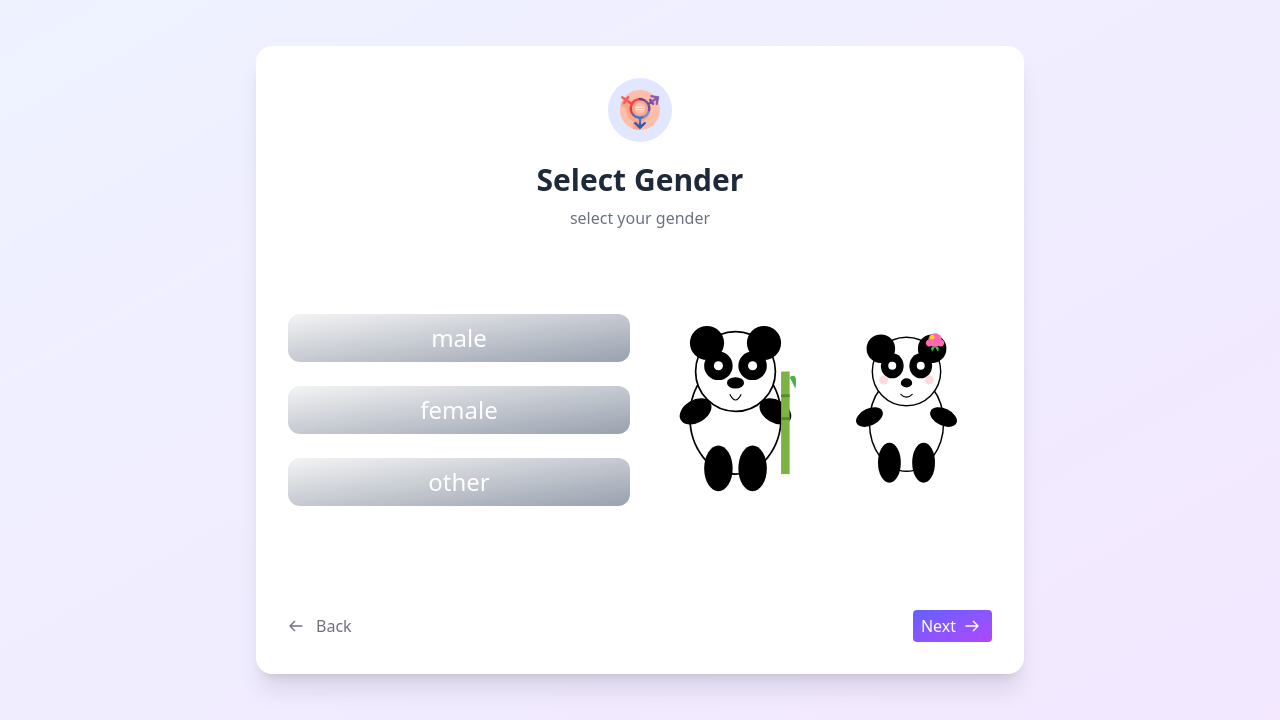
Repository: aryan151pratap/FitPanda
Page: / (app in frontened/)
The author's editor kept a copy of each file at every save. The page is drawn from the files as they stood at one save, then again after the next save.
The browser window is 1280 px wide. The pictures show the whole page.
The project was rebuilt for these pictures with package versions that can differ from the ones it lists, and the page was loaded fresh each time. Also part of the build but not shown: frontened/vite.config.js, frontened/src/App.css, frontened/src/components/page_1.jsx, frontened/src/login/login.jsx, frontened/src/login/sign_up.jsx, frontened/src/login/otp.jsx, frontened/src/notification/notify.jsx.

Above is the page before, as saved 2025-06-04 23:28:42.

### frontened/src/App.jsx
import { useState } from 'react'
import './App.css'
import Page_1 from './components/page_1';
import Sign_up from './login/sign_up';
import Otp from './login/otp';
import Notify from './notification/notify';
import Gender from './about_user/gender';

function App() {
	const [otp, setOtp] = useState(true);

  const [data, setData] = useState({});
  const [login, setLogin] = useState(true);

  const [notification, setNotification] = useState('');


  return (
    <>
    <div className=''>
      {!login ?
        <div>
        {otp ?
        <Sign_up setOtp={setOtp} setEmail={setData} setNotification={setNotification}/>
        :
        <Otp setOtp={setOtp} data={data} setNotification={setNotification}/>
        }
        </div>
        :
        <div>
          {/* <Page_1/> */}
          <Gender/>
        </div>
      }

      <div>
        {notification.length > 0 &&
          <Notify notification={notification} setNotification={setNotification}/>
        }
      </div>
    </div>
    </>
  )
}

export default App

### frontened/src/about_user/gender.jsx
import { useState } from "react";
import gender_img from '../image/gender.png';

function Gender(){
	const [gender, setGender] = useState('');
	const gen = ['male', 'female', 'other'];

	return(
		<>
		<div className="min-h-screen bg-gradient-to-br from-indigo-50 to-purple-100 flex items-center justify-center p-4">
			<div className="w-full sm:max-w-xl md:max-w-3xl">
				<div className="bg-white rounded-2xl shadow-xl overflow-hidden p-8">
					<div className="text-center">
						<div className="mx-auto flex items-center justify-center w-16 h-16 bg-indigo-100 rounded-full mb-5">
						{gender === "male" ?
							<svg xmlns="http://www.w3.org/2000/svg" className="h-8 w-8 text-blue-600" fill="none" viewBox="0 0 24 24" stroke="currentColor">
								<path strokeLinecap="round" strokeLinejoin="round" strokeWidth={2} d="M13 7h4a1 1 0 011 1v4m-7 7a5 5 0 100-10 5 5 0 000 10zm6-10l-5 5" />
							</svg>
							: gender === 'female' ?
							<svg xmlns="http://www.w3.org/2000/svg" className="h-8 w-8 text-pink-600" fill="none" viewBox="0 0 24 24" stroke="currentColor">
								<path strokeLinecap="round" strokeLinejoin="round" strokeWidth={2} d="M12 14v7m0 0h3m-3 0H9m3-7a5 5 0 100-10 5 5 0 000 10z" />
							</svg>
							: gender === 'other' ?
							<svg xmlns="http://www.w3.org/2000/svg" className="h-8 w-8 text-purple-600" fill="none" viewBox="0 0 24 24" stroke="currentColor">
								<path strokeLinecap="round" strokeLinejoin="round" strokeWidth={2} d="M12 3v3m0 0a5 5 0 110 10m0-10a5 5 0 100 10m0 0v4m-3 0h6" />
							</svg>
							:
							<div>
								<img src={gender_img} alt="" className="h-10 w-10"/>
							</div>
						}
						</div>
						<h2 className="text-3xl font-bold text-gray-800">Select Gender</h2>
						<p className="text-gray-500 mt-2">
							select your gender
							<span className="block font-medium text-indigo-600"></span>
						</p>
					</div>

					<div className="flex grid grid-cols-2 gap-5 justify-between py-5 items-center">
						<div className="w-fill flex flex-col gap-6 mt-5">
						{gen.map((i, index) => (
							<div key={index}>
								<button className="w-full p-2 text-white text-2xl rounded-xl bg-gradient-to-br from-zinc-100 to-gray-400 cursor-pointer transition hover:px-4">
									{i}
								</button>
							</div>
						))}
						</div>
						<div className="w-full flex items-center justify-center">
							<svg width="300" height="300" viewBox="0 0 300 300" xmlns="http://www.w3.org/2000/svg">
						<ellipse cx="150" cy="180" rx="80" ry="100" fill="white" stroke="black" stroke-width="3"/>

						<circle cx="150" cy="100" r="70" fill="white" stroke="black" stroke-width="3"/>

						<circle cx="100" cy="50" r="30" fill="black"/>
						<circle cx="200" cy="50" r="30" fill="black"/>

						<circle cx="120" cy="90" r="25" fill="black"/>
						<circle cx="180" cy="90" r="25" fill="black"/>

						<circle cx="120" cy="90" r="8" fill="white"/>
						<circle cx="180" cy="90" r="8" fill="white"/>

						<ellipse cx="150" cy="120" rx="15" ry="10" fill="black"/>

						<path d="M140 140 Q150 160 160 140" stroke="black" stroke-width="2" fill="none"/>

						<ellipse cx="80" cy="170" rx="30" ry="20" fill="black" transform="rotate(-30 80 170)"/>
						<ellipse cx="220" cy="170" rx="30" ry="20" fill="black" transform="rotate(30 220 170)"/>

						<ellipse cx="120" cy="270" rx="25" ry="40" fill="black"/>
						<ellipse cx="180" cy="270" rx="25" ry="40" fill="black"/>

						<rect x="230" y="100" width="15" height="180" fill="#7CB342"/>
						<rect x="230" y="140" width="15" height="5" fill="#558B2F"/>
						<rect x="230" y="180" width="15" height="5" fill="#558B2F"/>
						<path d="M245 110 Q260 100 255 130" fill="#4CAF50"/>
						</svg>

						<svg width="300" height="300" viewBox="0 0 300 300" xmlns="http://www.w3.org/2000/svg">
						<ellipse cx="150" cy="190" rx="65" ry="85" fill="white" stroke="black" stroke-width="2.5"/>

						<circle cx="150" cy="100" r="60" fill="white" stroke="black" stroke-width="2.5"/>

						<circle cx="105" cy="60" r="25" fill="black"/>
						<circle cx="195" cy="60" r="25" fill="black"/>

						<ellipse cx="125" cy="90" rx="20" ry="22" fill="black"/>
						<ellipse cx="175" cy="90" rx="20" ry="22" fill="black"/>

						<circle cx="125" cy="90" r="7" fill="white"/>
						<circle cx="175" cy="90" r="7" fill="white"/>

						<path d="M110 80 Q115 75 120 78" stroke="black" stroke-width="1.5" fill="none"/>
						<path d="M120 78 Q125 73 130 80" stroke="black" stroke-width="1.5" fill="none"/>
						<path d="M165 80 Q170 75 175 78" stroke="black" stroke-width="1.5" fill="none"/>
						<path d="M175 78 Q180 73 185 80" stroke="black" stroke-width="1.5" fill="none"/>

						<ellipse cx="150" cy="120" rx="10" ry="8" fill="black"/>

						<path d="M140 140 Q150 150 160 140" stroke="black" stroke-width="2" fill="none" stroke-linecap="round"/>

						<circle cx="110" cy="115" r="8" fill="#FFC0CB" opacity="0.6"/>
						<circle cx="190" cy="115" r="8" fill="#FFC0CB" opacity="0.6"/>

						<ellipse cx="85" cy="180" rx="25" ry="15" fill="black" transform="rotate(-25 85 180)"/>
						<ellipse cx="215" cy="180" rx="25" ry="15" fill="black" transform="rotate(25 215 180)"/>

						<ellipse cx="120" cy="260" rx="20" ry="35" fill="black"/>
						<ellipse cx="180" cy="260" rx="20" ry="35" fill="black"/>

						<circle cx="200" cy="45" r="12" fill="#FF69B4"/>
						<circle cx="195" cy="40" r="4" fill="#FFD700"/>
						<path d="M200 57 Q210 55 205 65" fill="#32CD32" stroke="#228B22" stroke-width="0.5"/>
						<path d="M200 57 Q190 55 195 65" fill="#32CD32" stroke="#228B22" stroke-width="0.5"/>
						<circle cx="190" cy="50" r="6" fill="#FF69B4" transform="rotate(-30 190 50)"/>
						<circle cx="210" cy="50" r="6" fill="#FF69B4" transform="rotate(30 210 50)"/>
						</svg>
						</div>
					</div>

					<div className="mt-10 flex justify-between">
						<button className="text-zinc-500 flex items-center gap-2 hover:text-zinc-700 cursor-pointer">
							<svg xmlns="http://www.w3.org/2000/svg" className="h-4 w-4 mr-1" fill="none" viewBox="0 0 24 24" stroke="currentColor">
							<path strokeLinecap="round" strokeLinejoin="round" strokeWidth={2} d="M10 19l-7-7m0 0l7-7m-7 7h18" />
							</svg>
							<span className="">Back</span>
						</button>
						<button className="text-white px-2 py-1 rounded-sm bg-gradient-to-br from-indigo-500 to-purple-500 flex gap-2 items-center">
							<span>Next</span>
							<svg xmlns="http://www.w3.org/2000/svg" className="h-4 w-4 mr-1" fill="none" viewBox="0 0 24 24" stroke="currentColor">
								<path strokeLinecap="round" strokeLinejoin="round" strokeWidth={2} d="M14 5l7 7m0 0l-7 7m7-7H3" />
							</svg>
						</button>
					</div>
				</div>
			</div>
		</div>

		</>
	)
}

export default Gender;

Loaded but not shown: frontened/index.html (common file); frontened/src/main.jsx (common file)

After the next save:
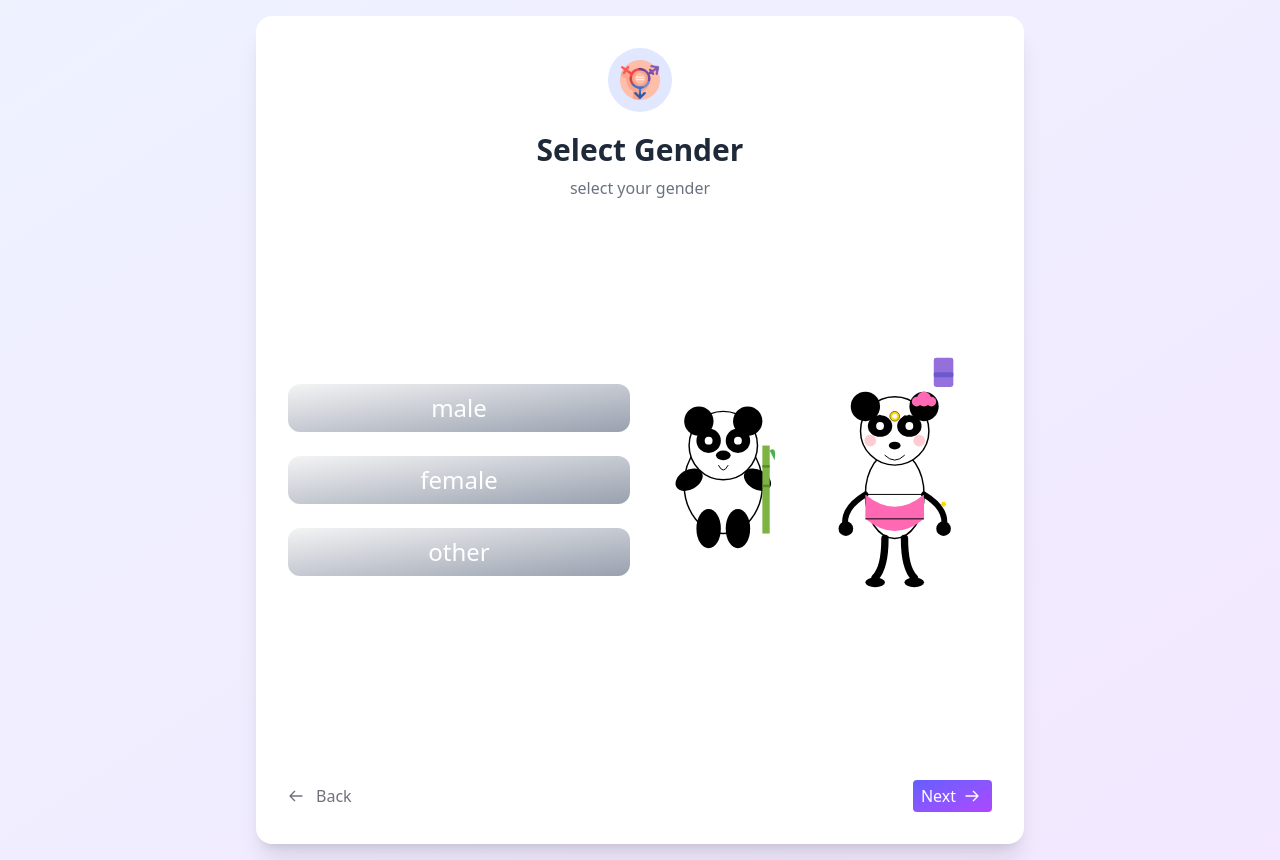
Saved 56 s later.
--- a/frontened/src/about_user/gender.jsx
+++ b/frontened/src/about_user/gender.jsx
@@ -78,45 +78,58 @@ function Gender(){
 						<path d="M245 110 Q260 100 255 130" fill="#4CAF50"/>
 						</svg>
 
-						<svg width="300" height="300" viewBox="0 0 300 300" xmlns="http://www.w3.org/2000/svg">
-						<ellipse cx="150" cy="190" rx="65" ry="85" fill="white" stroke="black" stroke-width="2.5"/>
+						<svg width="400" height="500" viewBox="0 0 400 500" xmlns="http://www.w3.org/2000/svg">
+  <g transform="translate(0, 50)">
+    <ellipse cx="200" cy="250" rx="60" ry="90" fill="white" stroke="black" stroke-width="3"/>
 
-						<circle cx="150" cy="100" r="60" fill="white" stroke="black" stroke-width="2.5"/>
+    <circle cx="200" cy="120" r="70" fill="white" stroke="black" stroke-width="3"/>
 
-						<circle cx="105" cy="60" r="25" fill="black"/>
-						<circle cx="195" cy="60" r="25" fill="black"/>
+    <circle cx="140" cy="70" r="30" fill="black"/>
+    <circle cx="260" cy="70" r="30" fill="black"/>
+    <circle cx="260" cy="55" r="15" fill="#FF69B4"/>
+    <circle cx="245" cy="60" r="10" fill="#FF69B4"/>
+    <circle cx="275" cy="60" r="10" fill="#FF69B4"/>
+    <rect x="250" y="50" width="20" height="10" fill="#FF69B4" rx="5"/>
 
-						<ellipse cx="125" cy="90" rx="20" ry="22" fill="black"/>
-						<ellipse cx="175" cy="90" rx="20" ry="22" fill="black"/>
+    <ellipse cx="170" cy="110" rx="25" ry="22" fill="black"/>
+    <ellipse cx="230" cy="110" rx="25" ry="22" fill="black"/>
+    <circle cx="170" cy="110" r="8" fill="white"/>
+    <circle cx="230" cy="110" r="8" fill="white"/>
 
-						<circle cx="125" cy="90" r="7" fill="white"/>
-						<circle cx="175" cy="90" r="7" fill="white"/>
+    <path d="M155 95 Q160 85 165 92" stroke="black" stroke-width="2" fill="none"/>
+    <path d="M165 92 Q170 82 175 95" stroke="black" stroke-width="2" fill="none"/>
+    <path d="M215 95 Q220 85 225 92" stroke="black" stroke-width="2" fill="none"/>
+    <path d="M225 92 Q230 82 235 95" stroke="black" stroke-width="2" fill="none"/>
 
-						<path d="M110 80 Q115 75 120 78" stroke="black" stroke-width="1.5" fill="none"/>
-						<path d="M120 78 Q125 73 130 80" stroke="black" stroke-width="1.5" fill="none"/>
-						<path d="M165 80 Q170 75 175 78" stroke="black" stroke-width="1.5" fill="none"/>
-						<path d="M175 78 Q180 73 185 80" stroke="black" stroke-width="1.5" fill="none"/>
+    <circle cx="150" cy="140" r="12" fill="#FFB6C1" opacity="0.7"/>
+    <circle cx="250" cy="140" r="12" fill="#FFB6C1" opacity="0.7"/>
 
-						<ellipse cx="150" cy="120" rx="10" ry="8" fill="black"/>
+    <ellipse cx="200" cy="150" rx="12" ry="8" fill="black"/>
+    <path d="M180 170 Q200 190 220 170" stroke="black" stroke-width="2" fill="none" stroke-linecap="round"/>
 
-						<path d="M140 140 Q150 150 160 140" stroke="black" stroke-width="2" fill="none" stroke-linecap="round"/>
+    <path d="M140 250 Q90 280 100 320" stroke="black" stroke-width="12" fill="none" stroke-linecap="round"/>
+    <path d="M260 250 Q310 280 300 320" stroke="black" stroke-width="12" fill="none" stroke-linecap="round"/>
 
-						<circle cx="110" cy="115" r="8" fill="#FFC0CB" opacity="0.6"/>
-						<circle cx="190" cy="115" r="8" fill="#FFC0CB" opacity="0.6"/>
+    <circle cx="100" cy="320" r="15" fill="black"/>
+    <circle cx="300" cy="320" r="15" fill="black"/>
 
-						<ellipse cx="85" cy="180" rx="25" ry="15" fill="black" transform="rotate(-25 85 180)"/>
-						<ellipse cx="215" cy="180" rx="25" ry="15" fill="black" transform="rotate(25 215 180)"/>
+    <path d="M180 340 Q180 400 160 420" stroke="black" stroke-width="15" fill="none" stroke-linecap="round"/>
+    <path d="M220 340 Q220 400 240 420" stroke="black" stroke-width="15" fill="none" stroke-linecap="round"/>
 
-						<ellipse cx="120" cy="260" rx="20" ry="35" fill="black"/>
-						<ellipse cx="180" cy="260" rx="20" ry="35" fill="black"/>
+    <ellipse cx="160" cy="430" rx="20" ry="10" fill="black"/>
+    <ellipse cx="240" cy="430" rx="20" ry="10" fill="black"/>
 
-						<circle cx="200" cy="45" r="12" fill="#FF69B4"/>
-						<circle cx="195" cy="40" r="4" fill="#FFD700"/>
-						<path d="M200 57 Q210 55 205 65" fill="#32CD32" stroke="#228B22" stroke-width="0.5"/>
-						<path d="M200 57 Q190 55 195 65" fill="#32CD32" stroke="#228B22" stroke-width="0.5"/>
-						<circle cx="190" cy="50" r="6" fill="#FF69B4" transform="rotate(-30 190 50)"/>
-						<circle cx="210" cy="50" r="6" fill="#FF69B4" transform="rotate(30 210 50)"/>
-						</svg>
+    <path d="M140 250 Q200 300 260 250 L260 300 Q200 350 140 300 Z" fill="#FF69B4"/>
+    <path d="M140 250 L260 250 M140 300 L260 300" stroke="black" stroke-width="2"/>
+
+    <rect x="280" cy="300" width="40" height="60" rx="5" fill="#9370DB" transform="translate(0 -30)"/>
+    <rect x="280" cy="280" width="40" height="10" rx="3" fill="#6A5ACD"/>
+    <circle cx="300" cy="270" r="5" fill="gold"/>
+
+    <circle cx="200" cy="90" r="10" fill="gold" stroke="black" stroke-width="1"/>
+    <circle cx="200" cy="90" r="5" fill="white"/>
+  </g>
+</svg>
 						</div>
 					</div>
 
